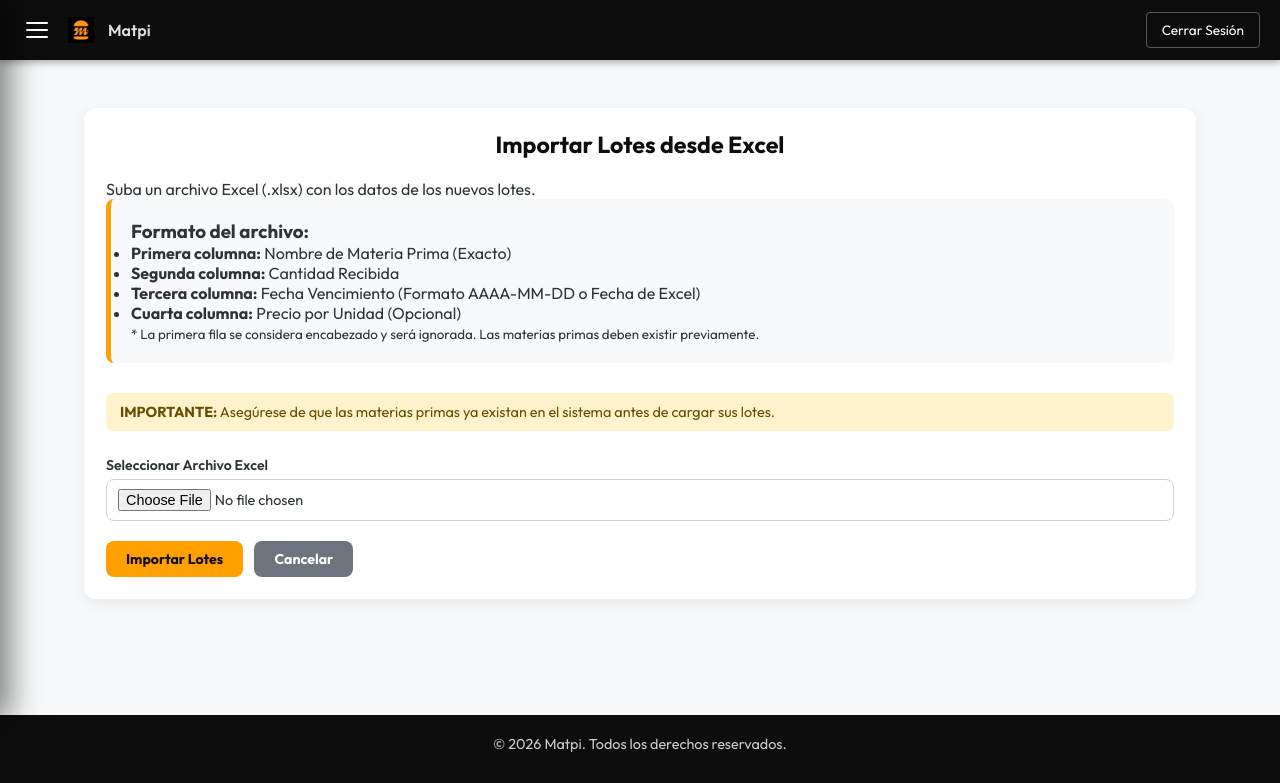
Repository: JuanFelipeNieto/MATPI-Python
Page: MATPI/materia_prima/templates/materia_prima/importar_lotes.html
An editor plug-in stored every save of this project. The page is shown before and after the next save, followed by the edit.
The browser window is 1280 px wide. The pictures show the whole page.
The template is drawn by Django 5.2. The application's start-up code is not run. The template is opened directly, without the code that normally fills it, so the values that code supplies are empty.

Above is the page before, as saved 2026-03-21 16:43:12.

After the next save:
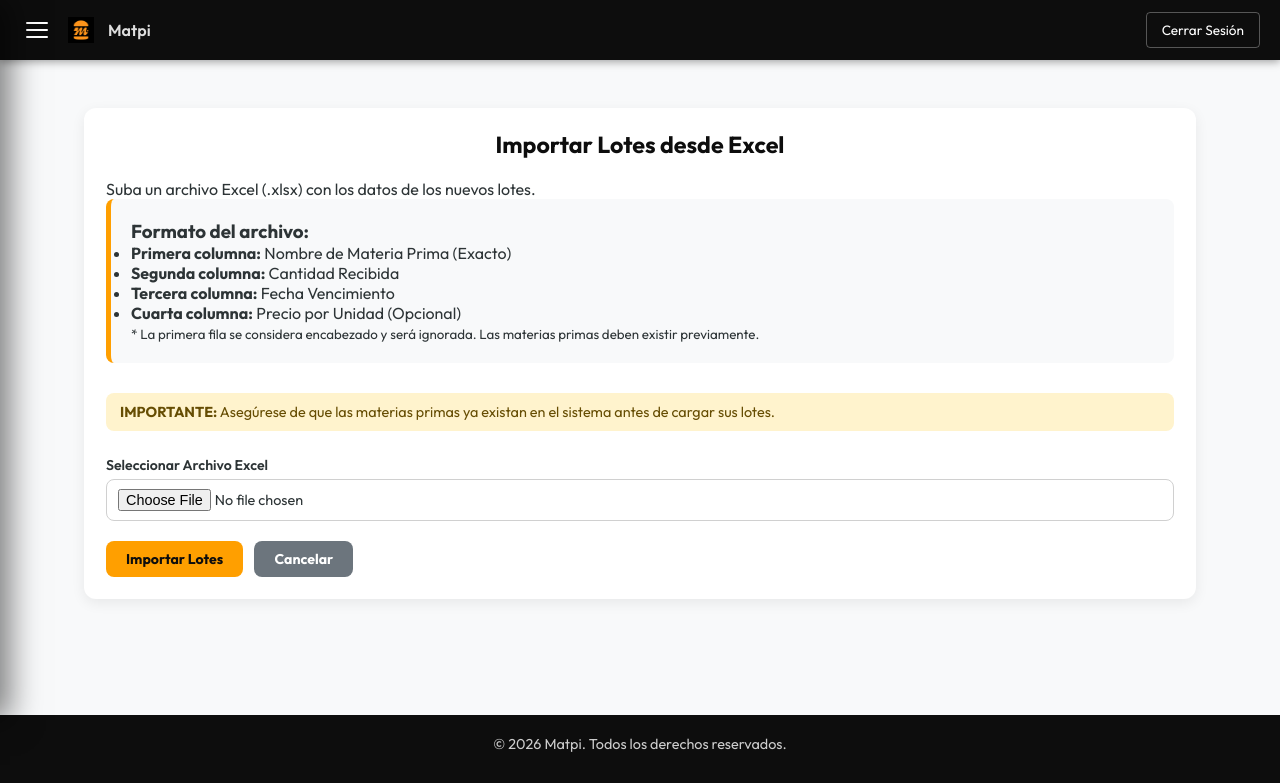
Saved 24 s later.
--- a/MATPI/materia_prima/templates/materia_prima/importar_lotes.html
+++ b/MATPI/materia_prima/templates/materia_prima/importar_lotes.html
@@ -12,7 +12,7 @@
         <ul>
             <li><strong>Primera columna:</strong> Nombre de Materia Prima (Exacto)</li>
             <li><strong>Segunda columna:</strong> Cantidad Recibida</li>
-            <li><strong>Tercera columna:</strong> Fecha Vencimiento (Formato AAAA-MM-DD o Fecha de Excel)</li>
+            <li><strong>Tercera columna:</strong> Fecha Vencimiento</li>
             <li><strong>Cuarta columna:</strong> Precio por Unidad (Opcional)</li>
         </ul>
         <p><small>* La primera fila se considera encabezado y será ignorada. Las materias primas deben existir previamente.</small></p>
